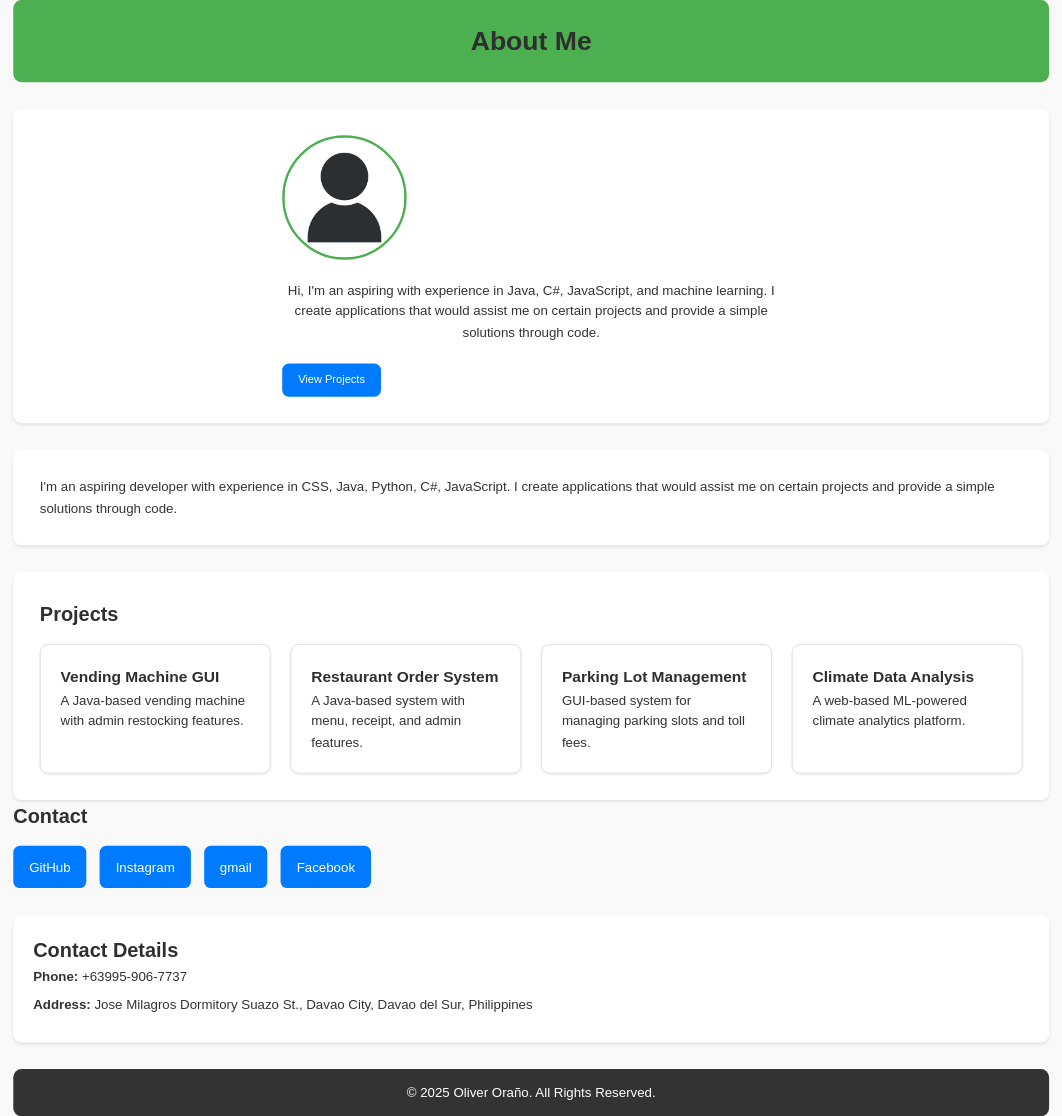
Repository: nightmar3fuel/portfolio.html
Page: my.html
An editor plug-in stored every save of this project. The page is shown before and after the next save, followed by the edit.
The browser window is 1280 px wide. The pictures show the whole page, at 83% of full size.

Above is the page before, as saved 2025-02-06 14:18:14.

After the next save:
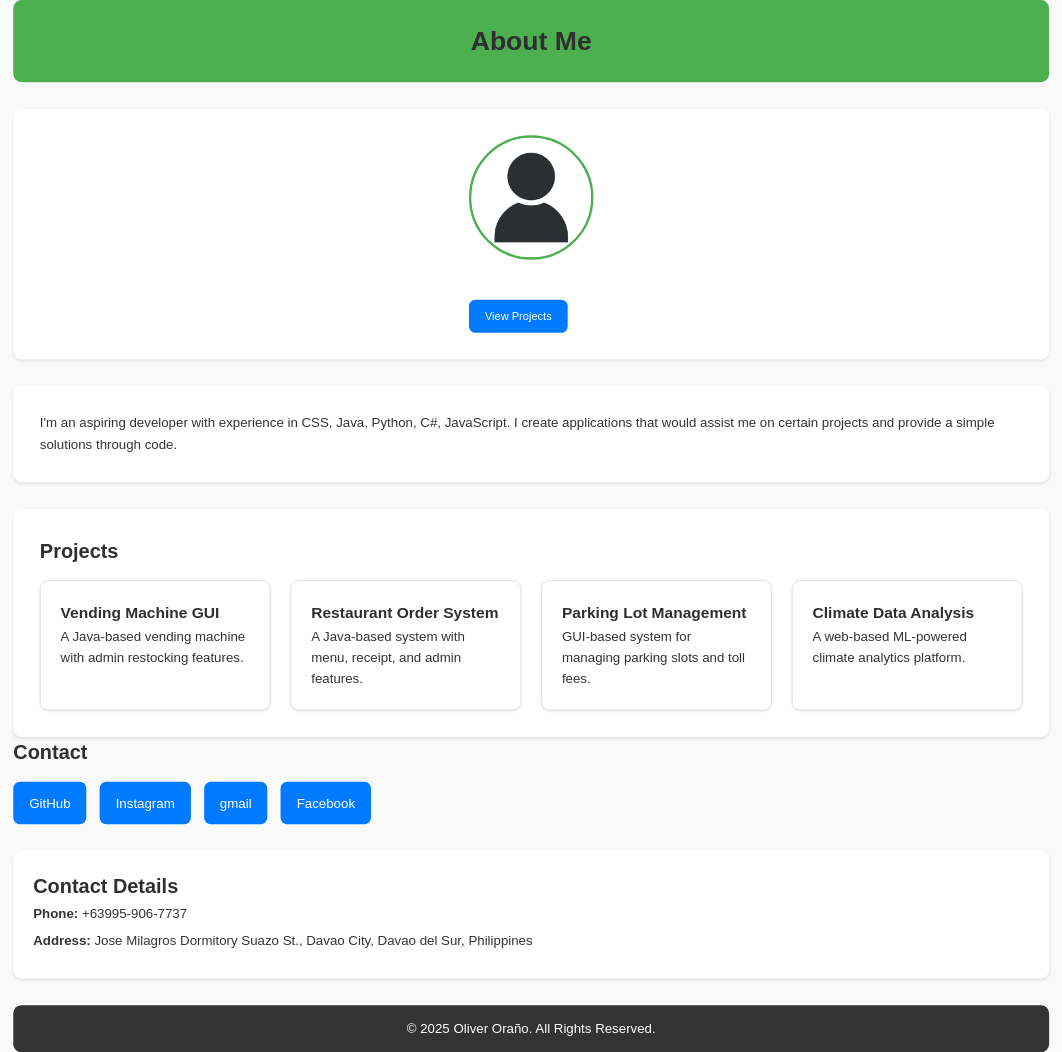
Saved 47 s later.
--- a/my.html
+++ b/my.html
@@ -15,7 +15,7 @@
     <section id="profile">
         <div class="profile-container">
             <img src="human.jpg" alt="Profile Picture" class="profile-picture">
-            <p class="profile-description">Hi, I'm an aspiring with experience in Java, C#, JavaScript, and machine learning. I create applications that would assist me on certain projects and provide a simple solutions through code.</p>
+            <p class="profile-description"></p>
             <button class="view-projects-btn" onclick="window.location.href='projects.html'">View Projects</button>
         </div>
     </section>
